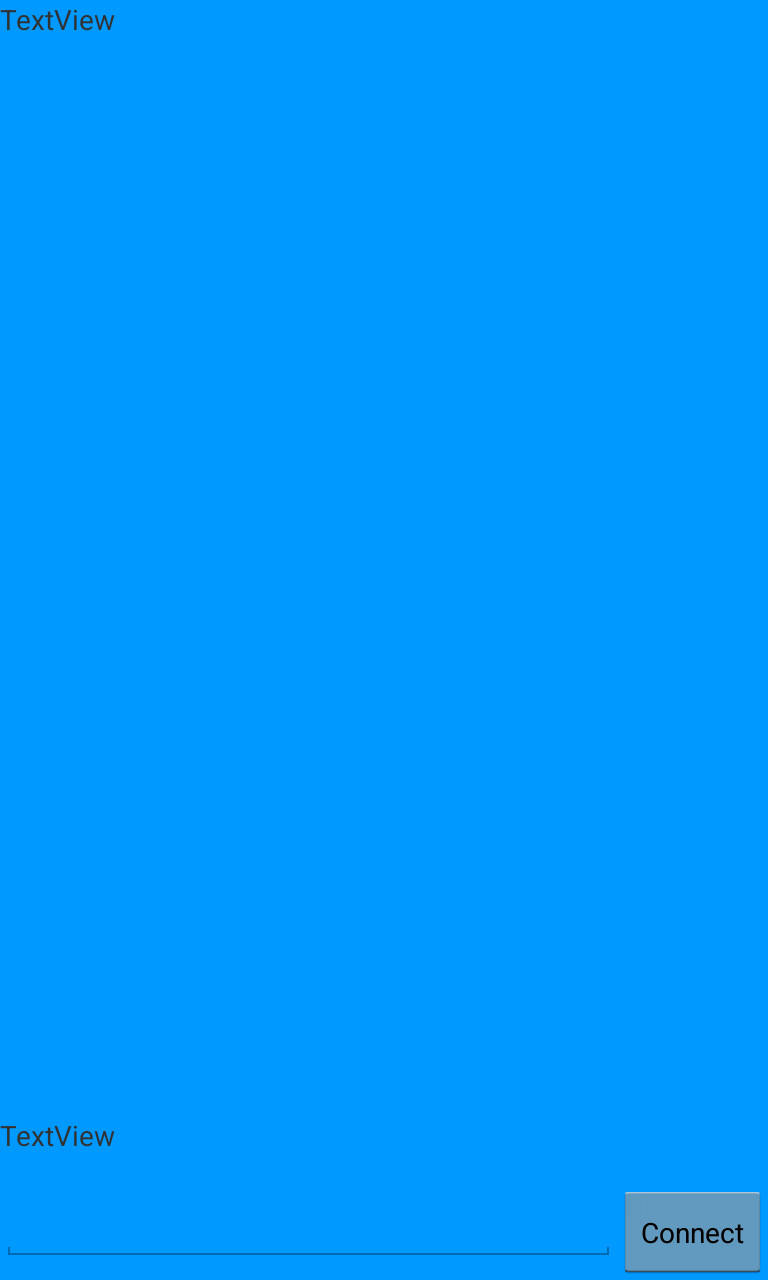
Repository: Clonedpirate/BtSshPwnPI
Layout: HackDroid/res/layout/terminal.xml
The author's editor kept a copy of each file at every save. The layout is drawn from the files as they stood at one save, then again after the next save.
It is drawn on a 768 x 1280 px phone screen (xhdpi) without system bars, with theme AppTheme; the app's code is not run.

Above is the layout before, as saved 2014-06-19 10:19:32.

After the next save:
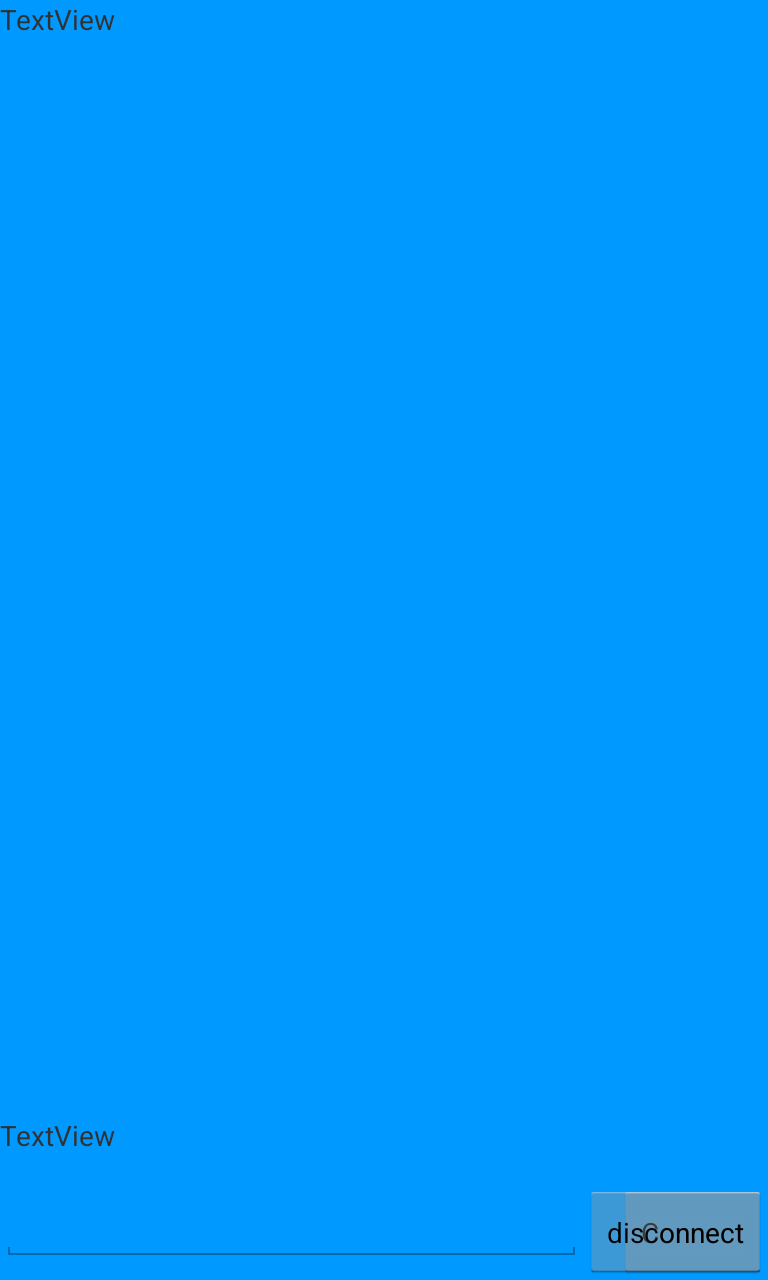
Saved 14 s later.
--- a/HackDroid/res/layout/terminal.xml
+++ b/HackDroid/res/layout/terminal.xml
@@ -28,7 +28,7 @@
         android:layout_height="wrap_content"
         android:layout_alignParentBottom="true"
         android:layout_alignParentRight="true"
-        android:text="Connect" />
+        android:text="disconnect" />
 
     <TextView
         android:id="@+id/terminal"
